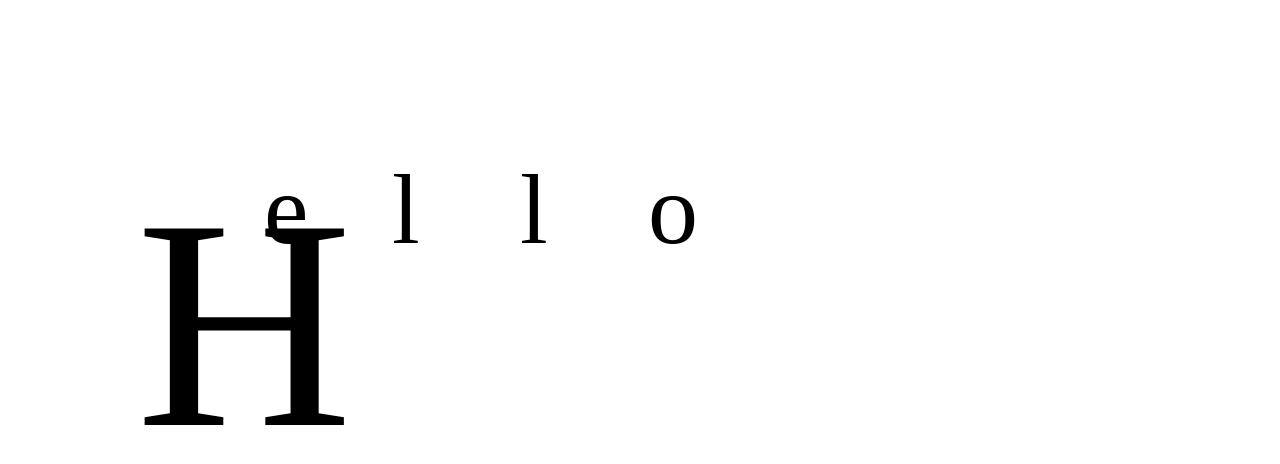
Repository: julihocc/javascript-interview-practice
Page: 01 HTML CSS/Exercise 75/index.html
These files come from the project's save history. The page is drawn as it stood at one moment and after the next save; the edit follows.
The browser window is 1280 px wide. The pictures show the whole page.
The pointer rests on the first visible `.letter`.

Above is the page before, as saved 2022-09-30 00:21:55.

### 01 HTML CSS/Exercise 75/index.html

<!DOCTYPE html>
<!--[if lt IE 7]>      <html class="no-js lt-ie9 lt-ie8 lt-ie7"> <![endif]-->
<!--[if IE 7]>         <html class="no-js lt-ie9 lt-ie8"> <![endif]-->
<!--[if IE 8]>         <html class="no-js lt-ie9"> <![endif]-->
<!--[if gt IE 8]>      <html class="no-js"> <!--<![endif]-->
<html>
    <head>
        <meta charset="utf-8">
        <meta http-equiv="X-UA-Compatible" content="IE=edge">
        <title></title>
        <meta name="description" content="">
        <meta name="viewport" content="width=device-width, initial-scale=1">
        <link rel="stylesheet" href="./style.css">
    </head>
    <body>
        <div class="wrapper">
            <div class="letter" id="l1">H</div>
            <div class="letter" id="l2">e</div>
            <div class="letter" id="l3">l</div>
            <div class="letter" id="l4">l</div>
            <div class="letter" id="l5">o</div>
        </div>
        <script src="" async defer></script>
    </body>
</html>

### 01 HTML CSS/Exercise 75/style.css
.wrapper {
    position: relative;
    /* display: flex; */
    /* flex-direction: row; */
    /* justify-content: space-evenly; */
    /* align-items: center;     */
    /* font-size:  100px; */
}

.letter{
    position: absolute;
    font-size: 100px;
    top: 20vh;
}

.letter:hover {
    position: absolute;
    font-size: 300px;
    top: 10;
}

#l1, #l1:hover {
    left: 10vw;
}

#l2, #l2:hover {
    left: 20vw;
}

#l3, #l3:hover {
    left: 30vw;
}

#l4, #l4:hover {
    left: 40vw;
}

#l5, #l5:hover {
    left: 50vw;
}

After the next save:
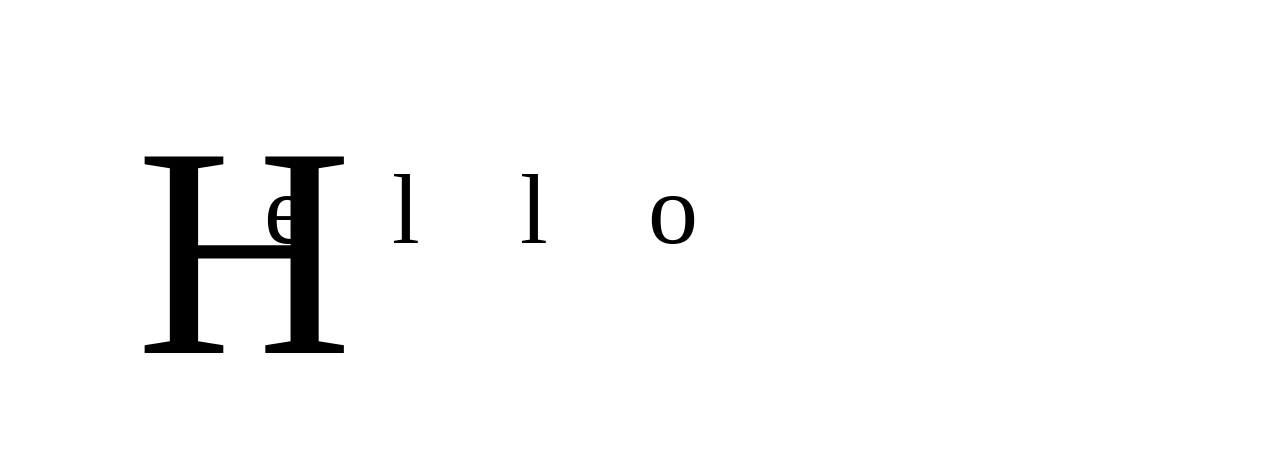
Saved 2 s later.
--- a/01 HTML CSS/Exercise 75/style.css
+++ b/01 HTML CSS/Exercise 75/style.css
@@ -16,7 +16,7 @@
 .letter:hover {
     position: absolute;
     font-size: 300px;
-    top: 10;
+    top: 10vh;
 }
 
 #l1, #l1:hover {
